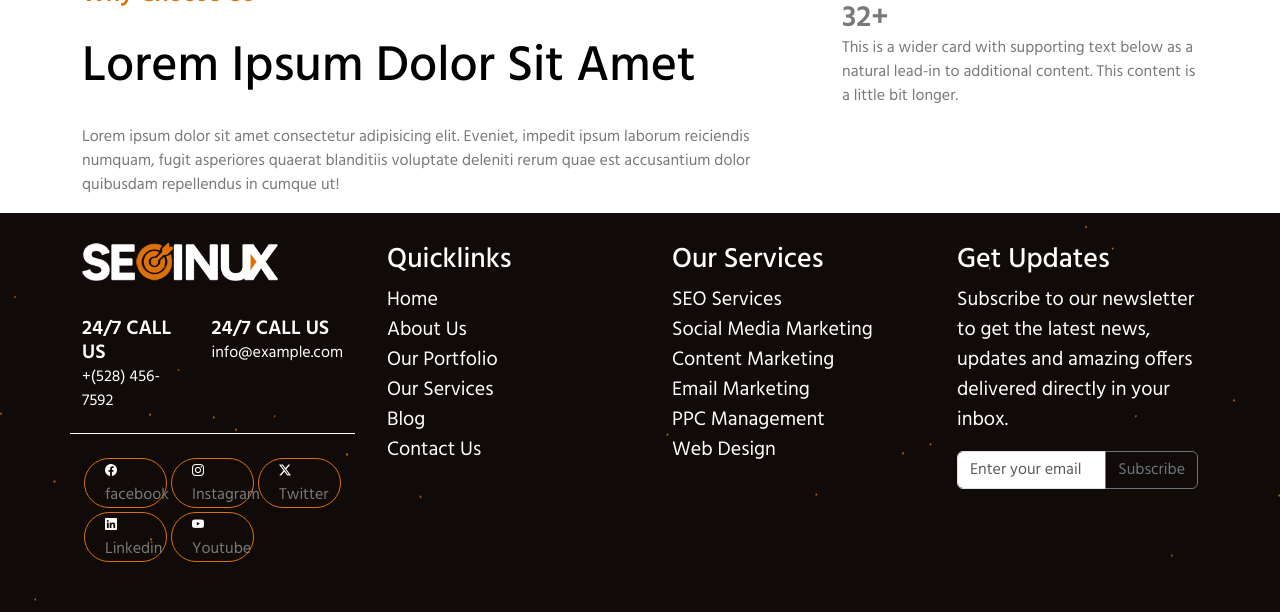
Repository: tagnam/seoinox
Page: about.html
The author's editor kept a copy of each file at every save. The page is drawn from the files as they stood at one save, then again after the next save.
The browser window is 1280 px wide. The pictures show the part of the page from y = 3019 to 3631 px (the page is 3631 px tall).
A picture or video elsewhere on the page could not be fetched, so the positions and the page height are approximate. Backgrounds fixed to the window are drawn as part of the page.

Above is the page before, as saved 2025-02-26 11:04:44.

After the next save:
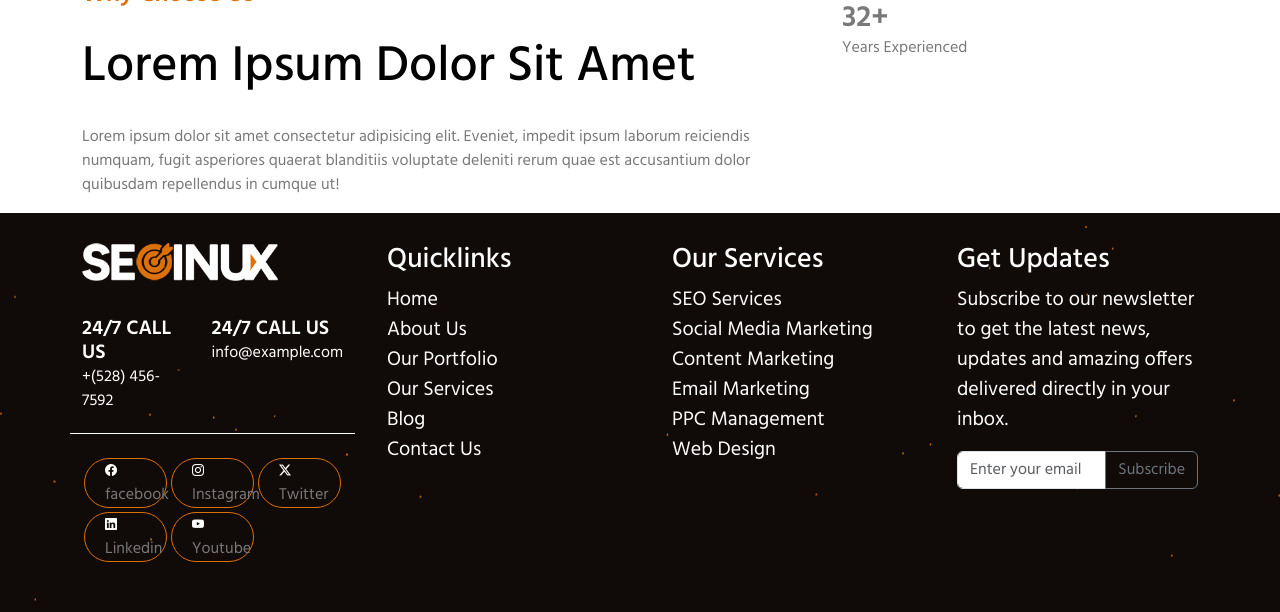
Saved 10 s later.
--- a/about.html
+++ b/about.html
@@ -261,7 +261,7 @@
         <div class="col-lg-4">
           <div class="card-body">
             <h5 class="card-title choice-title">32+</h5>
-            <p class="card-text">This is a wider card with supporting text below as a natural lead-in to additional content. This content is a little bit longer.</p>
+            <p class="card-text">Years Experienced</p>
           </div>
         </div>
       </div>
